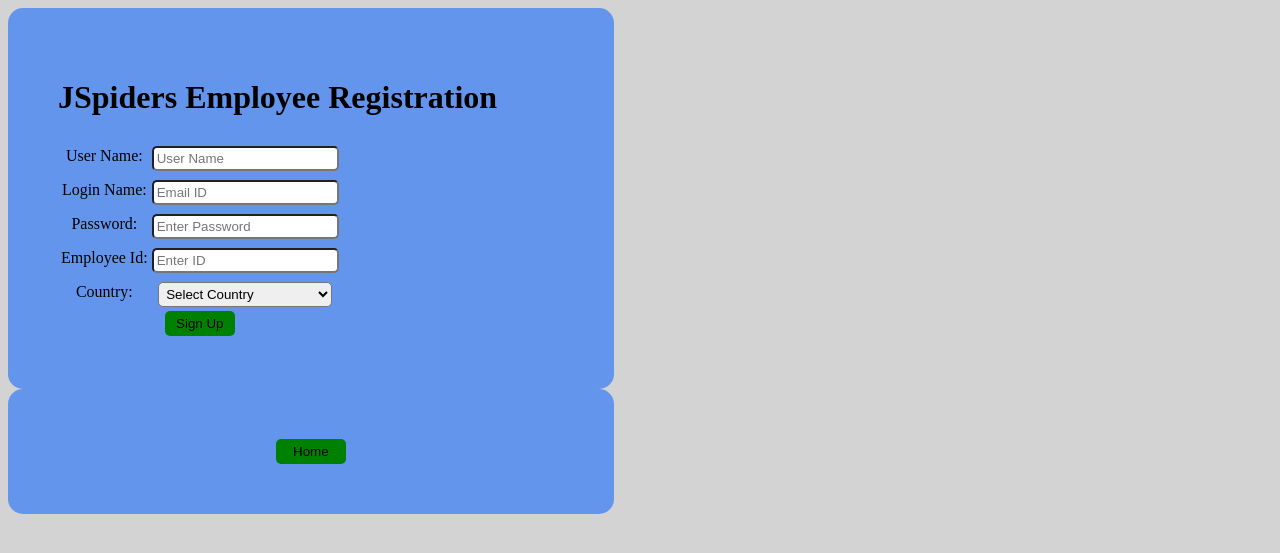
Repository: r-svp26/Employee-Management
Page: EmployeeManagement/WebContent/signup.html
These files come from the project's save history. The page is drawn as it stood at one moment and after the next save; the edit follows.
The browser window is 1280 px wide. The pictures show the whole page.

Above is the page before, as saved 2020-12-27 18:30:08.

After the next save:
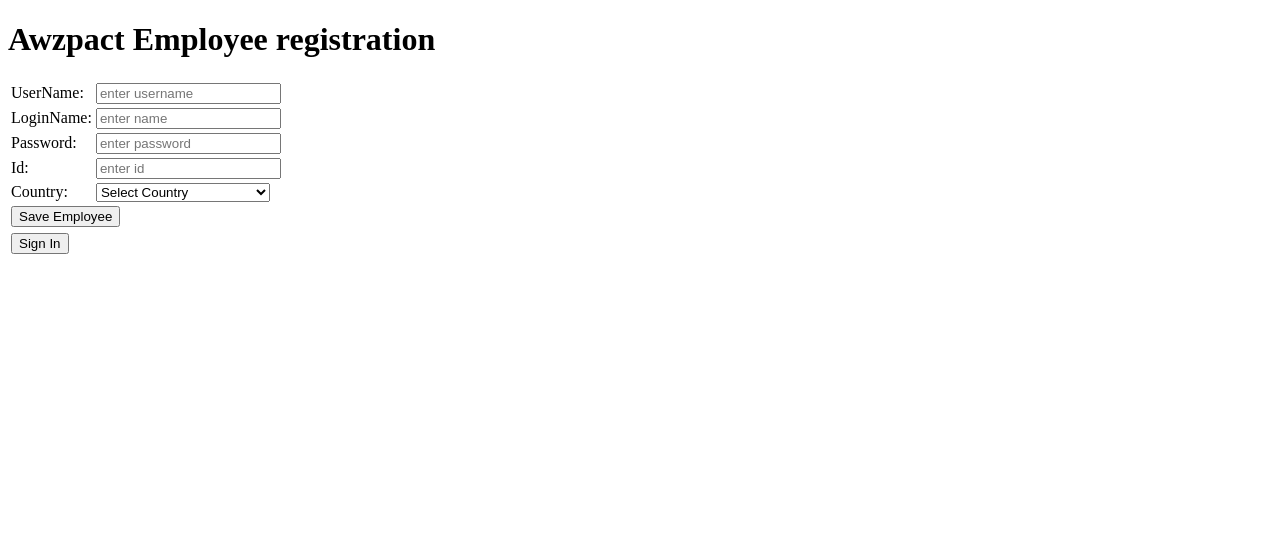
Not found: EmployeeManagement/WebContent/Sinup.css
Saved 8 min 22 s later.
--- a/EmployeeManagement/WebContent/signup.html
+++ b/EmployeeManagement/WebContent/signup.html
@@ -2,48 +2,50 @@
 <html>
 <head>
 <meta charset="ISO-8859-1">
-<title>Register here</title>
-<link rel="stylesheet" href="signup.css">
+<title>Sinup Page</title>
+<link rel="stylesheet" type="text/css" href="Sinup.css">
 </head>
 <body>
-	<form action="AddEmployee" method="post">
-		<h1>JSpiders Employee Registration</h1>
-		<table>
-			<tr>
-				<td>User Name:</td>
-				<td><input type="text" name="name" placeholder="User Name"></td>
-			</tr>
-			<tr>
-				<td>Login Name:</td>
-				<td><input type="text" name="email" placeholder="Email ID"></td>
-			</tr>
-			<tr>
-				<td>Password:</td>
-				<td><input type="password" name="password"
-					placeholder="Enter Password"></td>
-			</tr>
-			<tr>
-				<td>Employee Id:</td>
-				<td><input type="text" name="id" placeholder="Enter ID"></td>
-			</tr>
-			<tr>
-				<td>Country:</td>
-				<td><select name="country" style="width: 174px;">
-						<option>Select Country</option>
-						<option>India</option>
-						<option>USA</option>
-						<option>UK</option>
-						<option>Other</option>
-				</select></td>
-			</tr>
-			<tr>
-				<td colspan="3"><input type="submit" value="Sign Up" /></td>
-			</tr>
-		</table>
-	</form>
+	<form action="SaveServlet" method="post">
+        <h1>Awzpact Employee registration</h1>
+<table>
+    <tr>
+        <td>UserName:</td><td><input type="text" name="un" placeholder="enter username"></td>
+    </tr>
+    <tr>
+        <td>LoginName:</td><td><input type="text" name="name" placeholder="enter name"></td>
+    </tr>
+    <tr>
+        <td>Password:</td><td><input type="password" name="password" placeholder="enter password"></td>
+    </tr>
+    <tr>
+        <td>Id:</td><td><input type="text" name="id" placeholder="enter id"></td>
+    </tr>
+    <tr >
+        <td>Country:</td><td>
+            <select name="country" style="width: 174px;">
+            	<option >Select Country</option>
+                <option >India</option>
+                <option >USA</option>
+                <option >UK</option>
+                <option >Other</option>
+            </select>
+        </td>
+    </tr>
+    <tr>
+        <td colspan="2"><input type="submit" value="Save Employee"/></td>
+    </tr>
+</table>
+</form>
+<form action="login.html">
+            <table style="height:20px">
+                <tr>
+                    <td>
+                        <input type="submit" value="Sign In" >
+                    </td>
+                </tr>
+            </table>
+        </form>
 
-	<form action="index.html" method="post">
-		<input type="submit" value="Home">
-	</form>
 </body>
 </html>

After the save that followed:
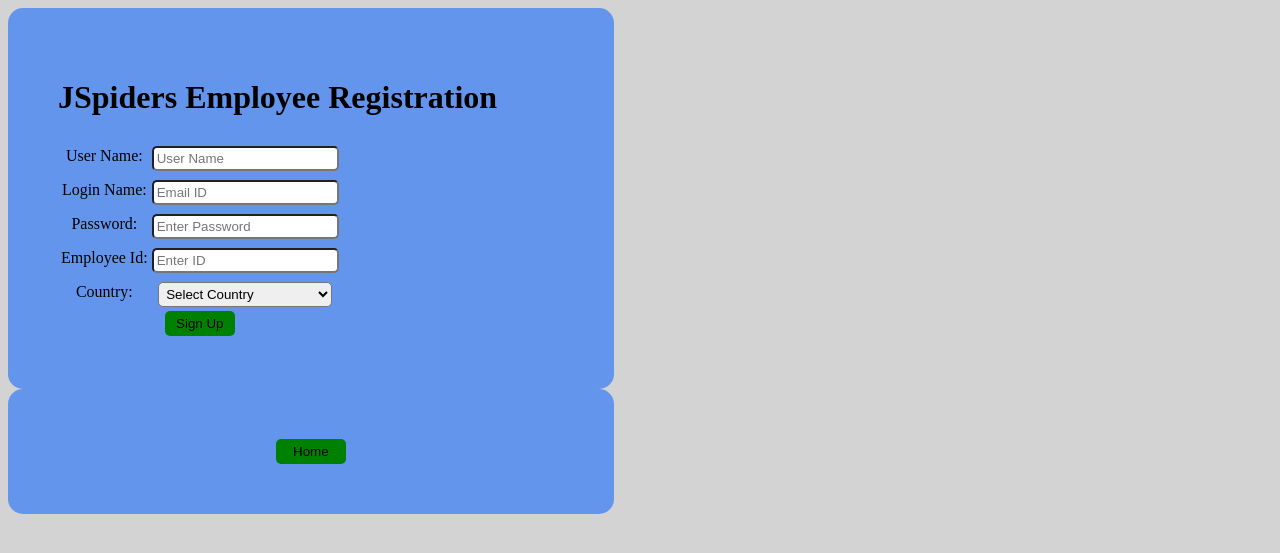
Saved 111 s later.
--- a/EmployeeManagement/WebContent/signup.html
+++ b/EmployeeManagement/WebContent/signup.html
@@ -2,50 +2,48 @@
 <html>
 <head>
 <meta charset="ISO-8859-1">
-<title>Sinup Page</title>
-<link rel="stylesheet" type="text/css" href="Sinup.css">
+<title>Register here</title>
+<link rel="stylesheet" href="signup.css">
 </head>
 <body>
-	<form action="SaveServlet" method="post">
-        <h1>Awzpact Employee registration</h1>
-<table>
-    <tr>
-        <td>UserName:</td><td><input type="text" name="un" placeholder="enter username"></td>
-    </tr>
-    <tr>
-        <td>LoginName:</td><td><input type="text" name="name" placeholder="enter name"></td>
-    </tr>
-    <tr>
-        <td>Password:</td><td><input type="password" name="password" placeholder="enter password"></td>
-    </tr>
-    <tr>
-        <td>Id:</td><td><input type="text" name="id" placeholder="enter id"></td>
-    </tr>
-    <tr >
-        <td>Country:</td><td>
-            <select name="country" style="width: 174px;">
-            	<option >Select Country</option>
-                <option >India</option>
-                <option >USA</option>
-                <option >UK</option>
-                <option >Other</option>
-            </select>
-        </td>
-    </tr>
-    <tr>
-        <td colspan="2"><input type="submit" value="Save Employee"/></td>
-    </tr>
-</table>
-</form>
-<form action="login.html">
-            <table style="height:20px">
-                <tr>
-                    <td>
-                        <input type="submit" value="Sign In" >
-                    </td>
-                </tr>
-            </table>
-        </form>
+	<form action="AddEmployee" method="post">
+		<h1>JSpiders Employee Registration</h1>
+		<table>
+			<tr>
+				<td>User Name:</td>
+				<td><input type="text" name="name" placeholder="User Name"></td>
+			</tr>
+			<tr>
+				<td>Login Name:</td>
+				<td><input type="text" name="email" placeholder="Email ID"></td>
+			</tr>
+			<tr>
+				<td>Password:</td>
+				<td><input type="password" name="password"
+					placeholder="Enter Password"></td>
+			</tr>
+			<tr>
+				<td>Employee Id:</td>
+				<td><input type="text" name="id" placeholder="Enter ID"></td>
+			</tr>
+			<tr>
+				<td>Country:</td>
+				<td><select name="country" style="width: 174px;">
+						<option>Select Country</option>
+						<option>India</option>
+						<option>USA</option>
+						<option>UK</option>
+						<option>Other</option>
+				</select></td>
+			</tr>
+			<tr>
+				<td colspan="3"><input type="submit" value="Sign Up" /></td>
+			</tr>
+		</table>
+	</form>
 
+	<form action="index.html" method="post">
+		<input type="submit" value="Home">
+	</form>
 </body>
 </html>
